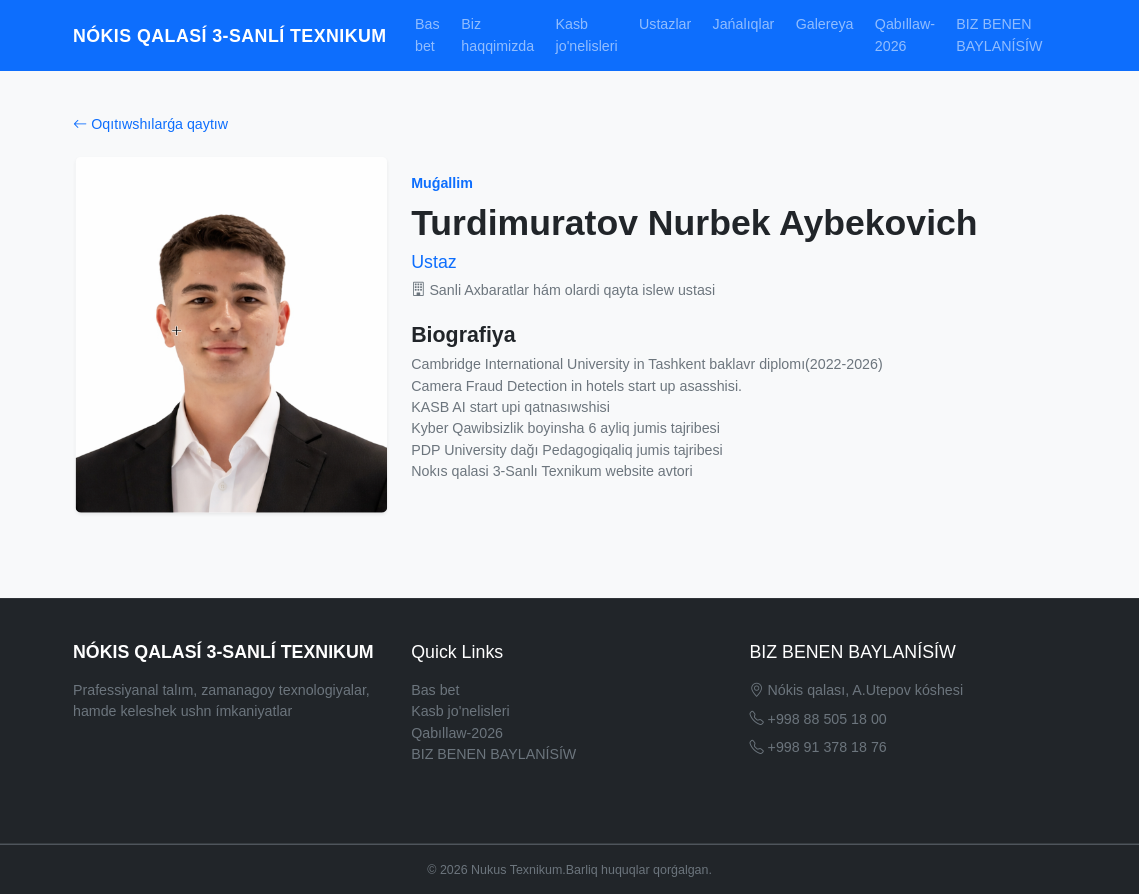
Repository: Neptunescorp/nukus_technicum
Page: http://localhost/teachers/1/
An editor plug-in stored every save of this project. The page is shown before and after the next save, followed by the edit.
The browser window is 1280 px wide. The pictures show the whole page, at 89% of full size.
The page is served by the project's application, run on Django 5.2 (manage.py). Other server files are loaded and not shown. The page reads the database file committed with the project.

Above is the page before, as saved 2026-08-19 12:25:34.

### teachers/templates/teachers/detail.html
{% extends "base.html" %}

{% block title %}
{{ teacher.full_name }} | Nókis qalasí 3-sanlí texnikum
{% endblock %}


{% block content %}

<section class="py-5">

    <div class="container">

        <a
            href="{% url 'teacher_list' %}"
            class="text-decoration-none"
        >
            <i class="bi bi-arrow-left"></i>
            Oqıtıwshılarǵa qaytıw
        </a>


        <div class="row mt-4 align-items-center">

            <div class="col-lg-4 text-center">

                {% if teacher.photo %}

                <img
                    src="{{ teacher.photo.url }}"
                    class="img-fluid rounded shadow-sm teacher-detail-photo"
                    alt="{{ teacher.full_name }}"
                >

                {% else %}

                <div class="teacher-detail-placeholder">

                    <i class="bi bi-person"></i>

                </div>

                {% endif %}

            </div>


            <div class="col-lg-8 mt-4 mt-lg-0">

                <span class="text-primary fw-semibold">
                    Muǵallim
                </span>

                <h1 class="fw-bold mt-2">
                    {{ teacher.full_name }}
                </h1>


                {% if teacher.position %}

                <h5 class="text-primary">
                    {{ teacher.position }}
                </h5>

                {% endif %}


                {% if teacher.department %}

                <p class="text-secondary">
                    <i class="bi bi-building"></i>
                    {{ teacher.department }}
                </p>

                {% endif %}


                {% if teacher.biography %}

                <div class="mt-4">

                    <h4 class="fw-bold">
                        Biografiya
                    </h4>

                    <div class="text-secondary">
                        {{ teacher.biography|linebreaks }}
                    </div>

                </div>

                {% endif %}

            </div>

        </div>

    </div>

</section>

{% endblock %}

### templates/base.html
{% load static %}

<!DOCTYPE html>
<html lang="en">
<head>
    <meta charset="UTF-8">
    <meta name="viewport" content="width=device-width, initial-scale=1.0">

    <title>{% block title %}NÓKIS QALASÍ 3-SANLÍ TEXNIKUM{% endblock %}</title>

    <!-- Bootstrap -->
    <link
        href="https://cdn.jsdelivr.net/npm/bootstrap@5.3.3/dist/css/bootstrap.min.css"
        rel="stylesheet"
    >

    <!-- Bootstrap Icons -->
    <link
        rel="stylesheet"
        href="https://cdn.jsdelivr.net/npm/bootstrap-icons@1.11.3/font/bootstrap-icons.min.css"
    >

    <!-- Custom CSS -->
    <link rel="stylesheet" href="{% static 'css/style.css' %}">
</head>

<body>

<!-- ================= NAVBAR ================= -->

<nav class="navbar navbar-expand-lg navbar-dark bg-primary sticky-top">
    <div class="container">

        <a class="navbar-brand fw-bold" href="/">
            NÓKIS QALASÍ 3-SANLÍ TEXNIKUM
        </a>

        <button
            class="navbar-toggler"
            type="button"
            data-bs-toggle="collapse"
            data-bs-target="#mainNavbar"
        >
            <span class="navbar-toggler-icon"></span>
        </button>

        <div class="collapse navbar-collapse" id="mainNavbar">

            <ul class="navbar-nav ms-auto">

                <li class="nav-item">
                    <a class="nav-link" href="/">Bas bet</a>
                </li>

                <li class="nav-item">
                    <a class="nav-link" href="/about/">Biz haqqimizda</a>
                </li>

                <li class="nav-item">
                    <a class="nav-link" href="/specialties/">Kasb jo'nelisleri</a>
                </li>

                <li class="nav-item">
                    <a class="nav-link" href="/teachers/">Ustazlar</a>
                </li>

                <li class="nav-item">
                    <a class="nav-link" href="/news/">Jańalıqlar </a>
                </li>

                <li class="nav-item">
                    <a class="nav-link" href="/gallery/">
                        Galereya
                    </a>
                </li>

                <li class="nav-item">
                    <a class="nav-link" href="/admissions/">Qabıllaw-2026 </a>
                </li>

                <li class="nav-item">
                    <a class="nav-link" href="/contact/">BIZ BENEN BAYLANÍSÍW</a>
                </li>

            </ul>

        </div>
    </div>
</nav>


<!-- ================= MAIN CONTENT ================= -->

<main>
    {% block content %}
    {% endblock %}
</main>


<!-- ================= FOOTER ================= -->

<footer class="bg-dark text-white mt-5">

    <div class="container py-5">

        <div class="row">

            <div class="col-md-4 mb-4">

                <h5 class="fw-bold">
                    NÓKIS QALASÍ 3-SANLÍ TEXNIKUM
                </h5>

                <p class="text-secondary">
                    Prafessiyanal talım, zamanagoy texnologiyalar,
                    hamde keleshek ushn ímkaniyatlar
                </p>

            </div>


            <div class="col-md-4 mb-4">

                <h5>Quick Links</h5>

                <ul class="list-unstyled">

                    <li>
                        <a href="/" class="text-secondary text-decoration-none">
                            Bas bet
                        </a>
                    </li>

                    <li>
                        <a href="/specialties/" class="text-secondary text-decoration-none">
                            Kasb jo'nelisleri
                        </a>
                    </li>

                    <li>
                        <a href="/admissions/" class="text-secondary text-decoration-none">
                            Qabıllaw-2026
                        </a>
                    </li>

                    <li>
                        <a href="/contact/" class="text-secondary text-decoration-none">
                            BIZ BENEN BAYLANÍSÍW
                        </a>
                    </li>

                </ul>

            </div>


            <div class="col-md-4">

                <h5>BIZ BENEN BAYLANÍSÍW</h5>

                <p class="text-secondary mb-2">
                    <i class="bi bi-geo-alt"></i>
                    Nókis qalası, A.Utepov kóshesi
                </p>

                <p class="text-secondary mb-2">
                    <i class="bi bi-telephone"></i>
                    +998 88 505 18 00
                </p>

                <p class="text-secondary mb-2">
                    <i class="bi bi-telephone"></i>
                    +998 91 378 18 76
                </p>


            </div>

        </div>

    </div>


    <div class="border-top border-secondary">

        <div class="container py-3 text-center">

            <small class="text-secondary">
                © 2026 Nukus Texnikum.Barliq huquqlar qorǵalgan.
            </small>

        </div>

    </div>

</footer>


<!-- Bootstrap JS -->

<script
    src="https://cdn.jsdelivr.net/npm/bootstrap@5.3.3/dist/js/bootstrap.bundle.min.js">
</script>

</body>
</html>

### teachers/models.py
from django.db import models


class Teacher(models.Model):
    full_name = models.CharField(max_length=255)

    position = models.CharField(
        max_length=255,
        blank=True
    )

    department = models.CharField(
        max_length=255,
        blank=True
    )

    biography = models.TextField(
        blank=True
    )

    photo = models.ImageField(
        upload_to="teachers/",
        blank=True,
        null=True
    )

    is_active = models.BooleanField(
        default=True
    )

    created_at = models.DateTimeField(
        auto_now_add=True
    )

    class Meta:
        ordering = ["full_name"]

    def __str__(self):
        return self.full_name

### teachers/views.py
from django.shortcuts import render, get_object_or_404
from .models import Teacher


def teacher_list(request):
    teachers = Teacher.objects.filter(
        is_active=True
    )

    return render(
        request,
        "teachers/list.html",
        {
            "teachers": teachers
        }
    )


def teacher_detail(request, pk):
    teacher = get_object_or_404(
        Teacher,
        pk=pk,
        is_active=True
    )

    return render(
        request,
        "teachers/detail.html",
        {
            "teacher": teacher
        }
    )

### config/urls.py
from django.conf import settings
from django.conf.urls.static import static
from django.contrib import admin
from django.urls import include, path


urlpatterns = [
    path("admin/", admin.site.urls),

    path("", include("core.urls")),

    path(
        "specialties/",
        include("specialties.urls")
    ),

    path(
        "teachers/",
        include("teachers.urls")
    ),

    path(
        "news/",
        include("news.urls")
    ),

    path(
        "gallery/",
        include("gallery.urls")
    ),

    path(
        "admissions/",
        include("admissions.urls")
    ),
]


if settings.DEBUG:
    urlpatterns += static(
        settings.MEDIA_URL,
        document_root=settings.MEDIA_ROOT
    )

### core/urls.py
from django.urls import path

from .views import about, contact, home


urlpatterns = [
    path(
        "",
        home,
        name="home"
    ),

    path(
        "about/",
        about,
        name="about"
    ),

    path(
        "contact/",
        contact,
        name="contact"
    ),
]

### specialties/urls.py
from django.urls import path
from .views import specialty_list, specialty_detail


urlpatterns = [
    path("", specialty_list, name="specialty_list"),
    path(
        "<int:pk>/",
        specialty_detail,
        name="specialty_detail"
    ),
]

### teachers/urls.py
from django.urls import path
from .views import teacher_list, teacher_detail


urlpatterns = [
    path("", teacher_list, name="teacher_list"),

    path(
        "<int:pk>/",
        teacher_detail,
        name="teacher_detail"
    ),
]

### news/urls.py
from django.urls import path

from .views import news_detail, news_list


urlpatterns = [
    path("", news_list, name="news_list"),

    path(
        "<int:pk>/",
        news_detail,
        name="news_detail"
    ),
]

### gallery/urls.py
from django.urls import path
from .views import gallery_list


urlpatterns = [
    path("", gallery_list, name="gallery_list"),
]

### admissions/urls.py
from django.urls import path

from .views import admissions


urlpatterns = [
    path("", admissions, name="admissions"),
]

### db.sqlite3 (the tables this page reads, as SQL)
CREATE TABLE "teachers_teacher" ("id" integer NOT NULL PRIMARY KEY AUTOINCREMENT, "full_name" varchar(255) NOT NULL, "position" varchar(255) NOT NULL, "department" varchar(255) NOT NULL, "biography" text NOT NULL, "photo" varchar(100) NULL, "is_active" bool NOT NULL, "created_at" datetime NOT NULL);
INSERT INTO "teachers_teacher" VALUES
(1, 'Turdimuratov Nurbek Aybekovich', 'Ustaz', 'Sanli Axbaratlar hám olardi qayta islew ustasi', 'Cambridge International University in Tashkent baklavr diplomı(2022-2026)
Camera Fraud Detection in hotels start up asasshisi.
KASB AI start upi qatnasıwshisi
Kyber Qawibsizlik boyinsha 6 ayliq jumis tajribesi 
PDP University dağı Pedagogiqaliq jumis tajribesi 
Nokıs qalasi 3-Sanlı Texnikum website avtori', 'teachers/Screenshot_2026-09-06_at_05.59.58.png', 1, '2026-09-06 00:58:43.423916');

Loaded but not shown: static/css/style.css (464 lines, source omitted)

After the next save:
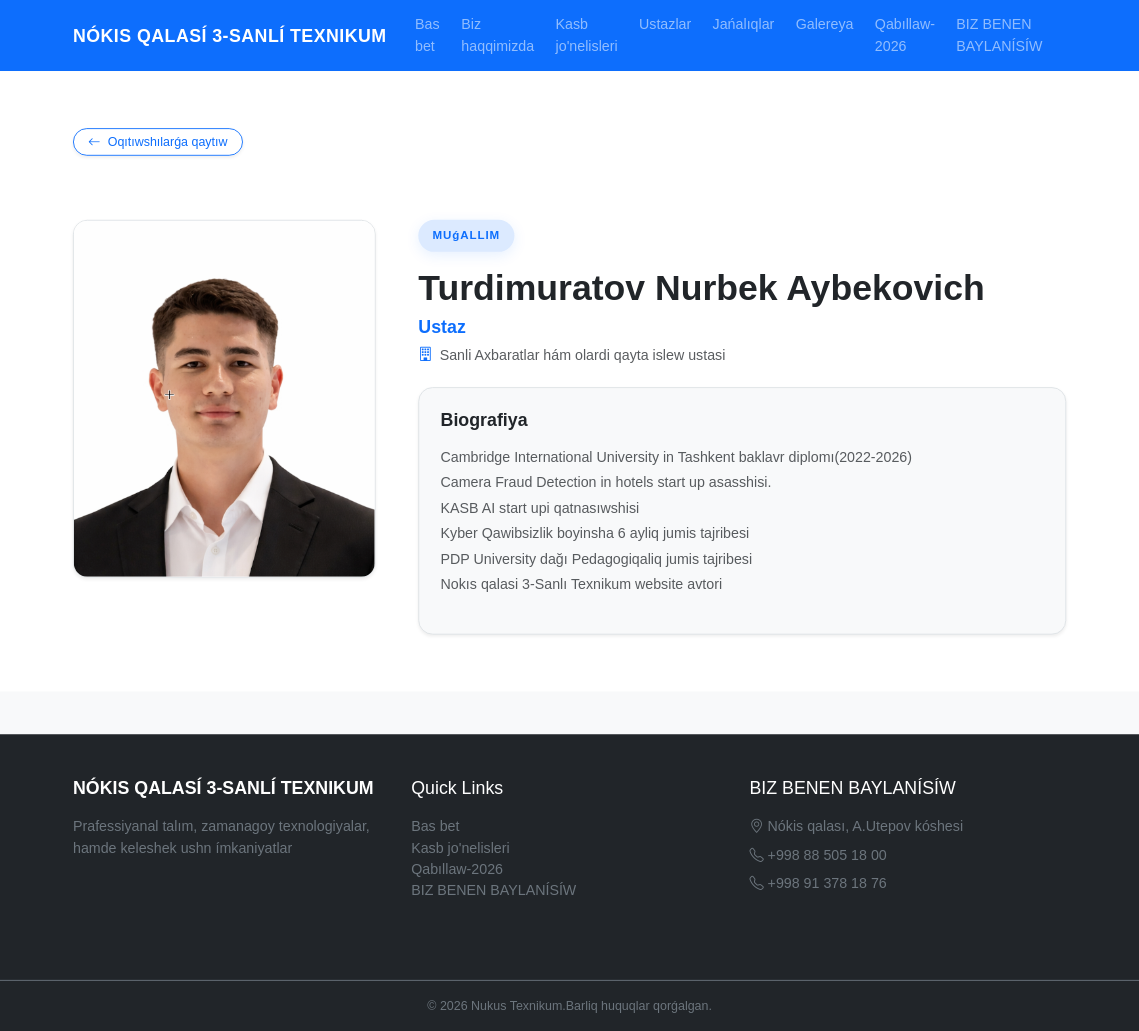
Saved 21 s later.
--- a/teachers/templates/teachers/detail.html
+++ b/teachers/templates/teachers/detail.html
@@ -7,88 +7,77 @@
 
 {% block content %}
 
-<section class="py-5">
+<section class="py-5 bg-white">
 
-    <div class="container">
+    <div class="container py-3">
 
-        <a
-            href="{% url 'teacher_list' %}"
-            class="text-decoration-none"
-        >
-            <i class="bi bi-arrow-left"></i>
-            Oqıtıwshılarǵa qaytıw
-        </a>
+        <!-- BACK BUTTON -->
+        <div class="mb-4">
+            <a
+                href="{% url 'teacher_list' %}"
+                class="btn btn-outline-primary btn-sm rounded-pill px-3 shadow-sm d-inline-flex align-items-center gap-2 text-decoration-none"
+            >
+                <i class="bi bi-arrow-left"></i>
+                <span>Oqıtıwshılarǵa qaytıw</span>
+            </a>
+        </div>
 
 
-        <div class="row mt-4 align-items-center">
+        <!-- MAIN PROFILE GRID -->
+        <div class="row mt-4 align-items-start g-5">
 
+            <!-- TEACHER PHOTO -->
             <div class="col-lg-4 text-center">
-
                 {% if teacher.photo %}
-
-                <img
-                    src="{{ teacher.photo.url }}"
-                    class="img-fluid rounded shadow-sm teacher-detail-photo"
-                    alt="{{ teacher.full_name }}"
-                >
-
+                <div class="overflow-hidden rounded-4 shadow-sm border bg-white">
+                    <img
+                        src="{{ teacher.photo.url }}"
+                        class="img-fluid w-100 teacher-detail-photo"
+                        alt="{{ teacher.full_name }}"
+                        style="max-height: 400px; object-fit: cover;"
+                    >
+                </div>
                 {% else %}
-
-                <div class="teacher-detail-placeholder">
-
-                    <i class="bi bi-person"></i>
-
+                <div class="teacher-detail-placeholder border rounded-4 bg-light d-flex align-items-center justify-content-center shadow-sm" style="height: 350px;">
+                    <i class="bi bi-person text-primary display-1"></i>
                 </div>
-
                 {% endif %}
-
             </div>
 
 
-            <div class="col-lg-8 mt-4 mt-lg-0">
+            <!-- TEACHER DETAILS -->
+            <div class="col-lg-8">
 
-                <span class="text-primary fw-semibold">
-                    Muǵallim
+                <span class="hero-badge mb-2 d-inline-block">
+                    MUǵALLIM
                 </span>
 
-                <h1 class="fw-bold mt-2">
+                <h1 class="fw-bold display-6 text-dark mt-2 mb-2">
                     {{ teacher.full_name }}
                 </h1>
 
-
                 {% if teacher.position %}
-
-                <h5 class="text-primary">
+                <h5 class="text-primary fw-semibold fs-5 mb-2">
                     {{ teacher.position }}
                 </h5>
-
                 {% endif %}
 
-
                 {% if teacher.department %}
-
-                <p class="text-secondary">
-                    <i class="bi bi-building"></i>
-                    {{ teacher.department }}
+                <p class="text-muted d-flex align-items-center gap-2 mb-4">
+                    <i class="bi bi-building text-primary"></i>
+                    <span>{{ teacher.department }}</span>
                 </p>
-
                 {% endif %}
 
-
                 {% if teacher.biography %}
-
-                <div class="mt-4">
-
-                    <h4 class="fw-bold">
+                <div class="mt-4 p-4 bg-light border rounded-4 shadow-sm">
+                    <h4 class="fw-bold fs-5 text-dark mb-3">
                         Biografiya
                     </h4>
-
-                    <div class="text-secondary">
+                    <div class="text-muted" style="line-height: 1.8;">
                         {{ teacher.biography|linebreaks }}
                     </div>
-
                 </div>
-
                 {% endif %}
 
             </div>
